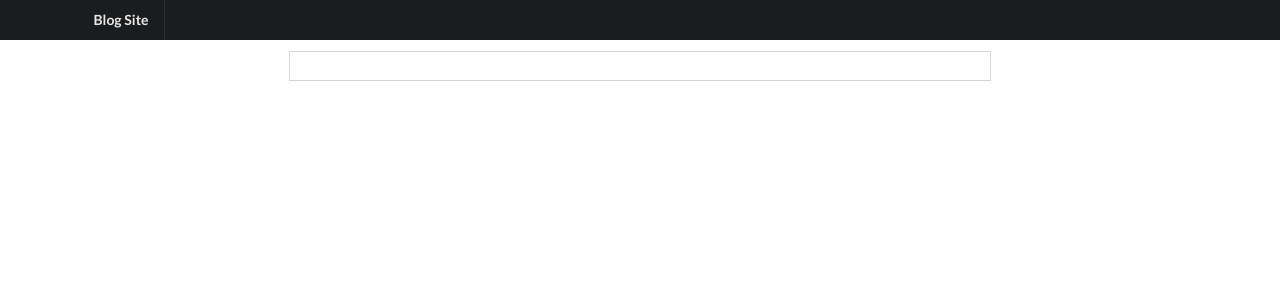
Repository: nax3t/webdevbootcamp
Page: http://localhost/blogs
The author's editor kept a record of every edit. The page is drawn from the files as they stood at one moment, then again after the next edit.
The browser window is 1280 px wide. The pictures show the whole page.
Some web libraries are served in a nearby version. The page is served by the project's Node server (RESTful Routing/RESTfulBlogApp/app.js). Queries for data that is not in the repository find no rows.

Above is the page before.

After the next edit:
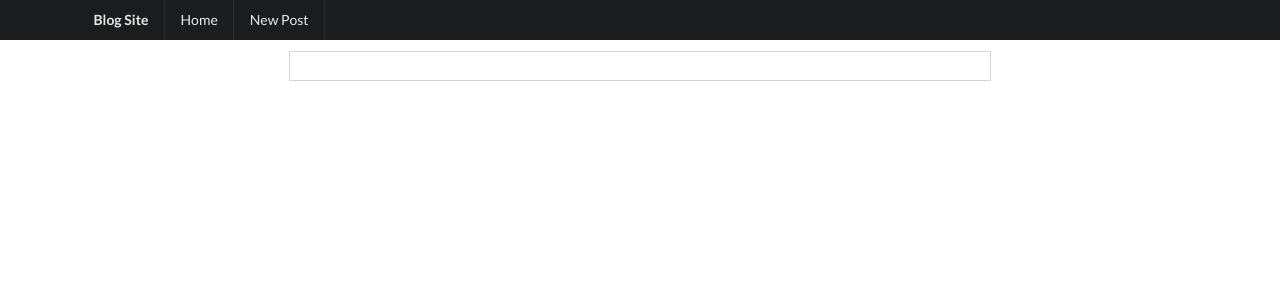
The edit:
--- a/RESTful Routing/RESTfulBlogApp/views/partials/header.ejs
+++ b/RESTful Routing/RESTfulBlogApp/views/partials/header.ejs
@@ -7,6 +7,8 @@
         <div class="ui fixed inverted menu">
             <div class="ui container">
                 <div class="header item">Blog Site</div>
+                <a href="/" class="item">Home</a>
+                <a href="/blogs/new" class="item">New Post</a>
             </div>
 
         </div>
